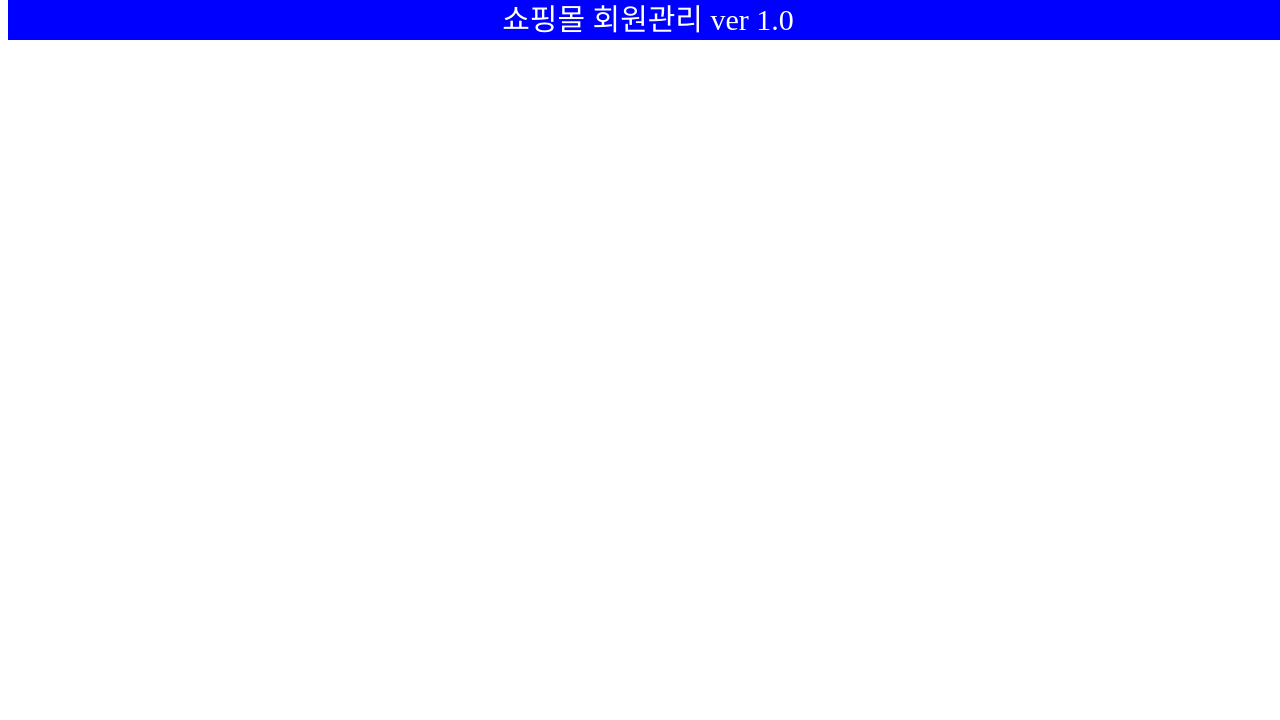
Repository: leesuyeon116/HRD_1
Page: http://localhost/HRD_0416/
The author's editor kept a copy of each file at every save. The page is drawn from the files as they stood at one save, then again after the next save.
The browser window is 1280 px wide. The pictures show the whole page.
The page is served by Tomcat 9.

Above is the page before, as saved 2024-04-16 07:08:04.

After the next save:
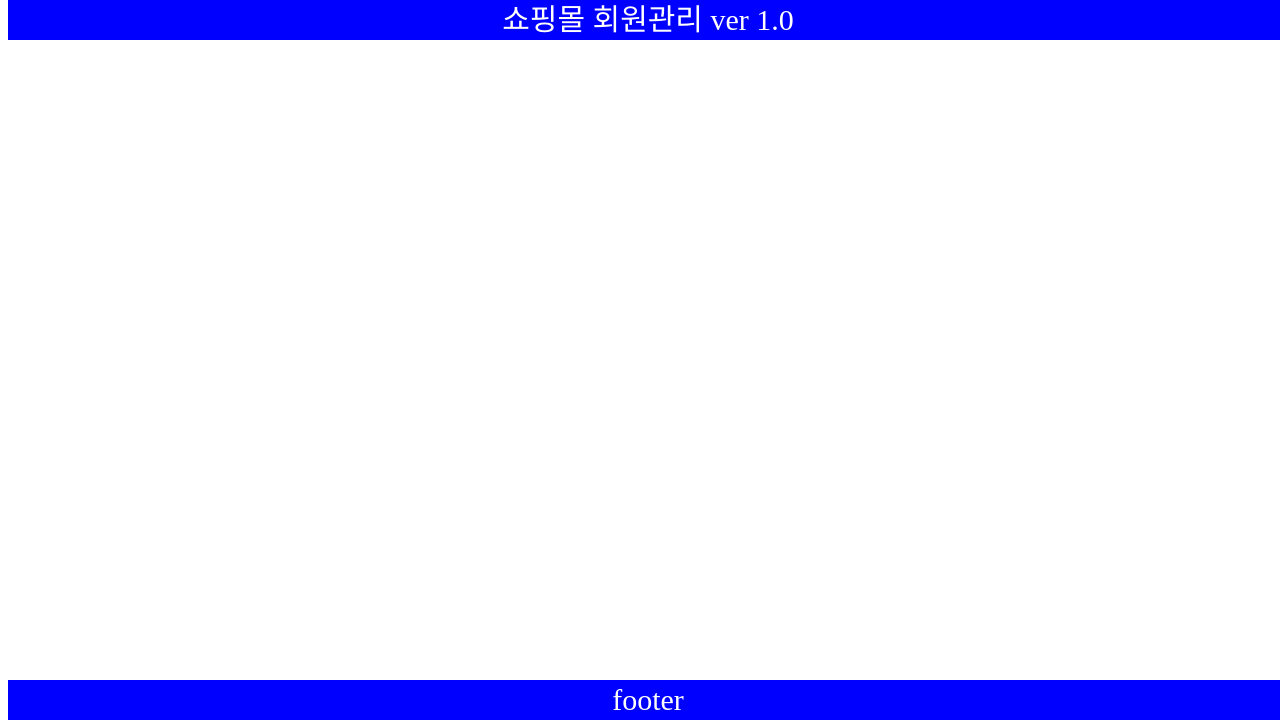
Saved 5 min 12 s later.
--- a/HRD_0416/src/main/webapp/index.jsp
+++ b/HRD_0416/src/main/webapp/index.jsp
@@ -8,8 +8,11 @@
 </head>
 <body>
 <header style="position: fixed; top: 0px; width: 100%; height: 40px; background-color: blue; color: white;
-text-align: center; line-height: 40px; font-size: 30px"> 쇼핑몰 회원관리 ver 1.0 </header>
+	text-align: center; line-height: 40px; font-size: 30px"> 쇼핑몰 회원관리 ver 1.0 </header>
 
 
+
+<footer style="position: fixed; bottom: 0px; width: 100%; height: 40px; background-color: blue; color: white;
+	text-align: center; line-height: 40px; font-size: 30px;">footer</footer>
 </body>
 </html>
